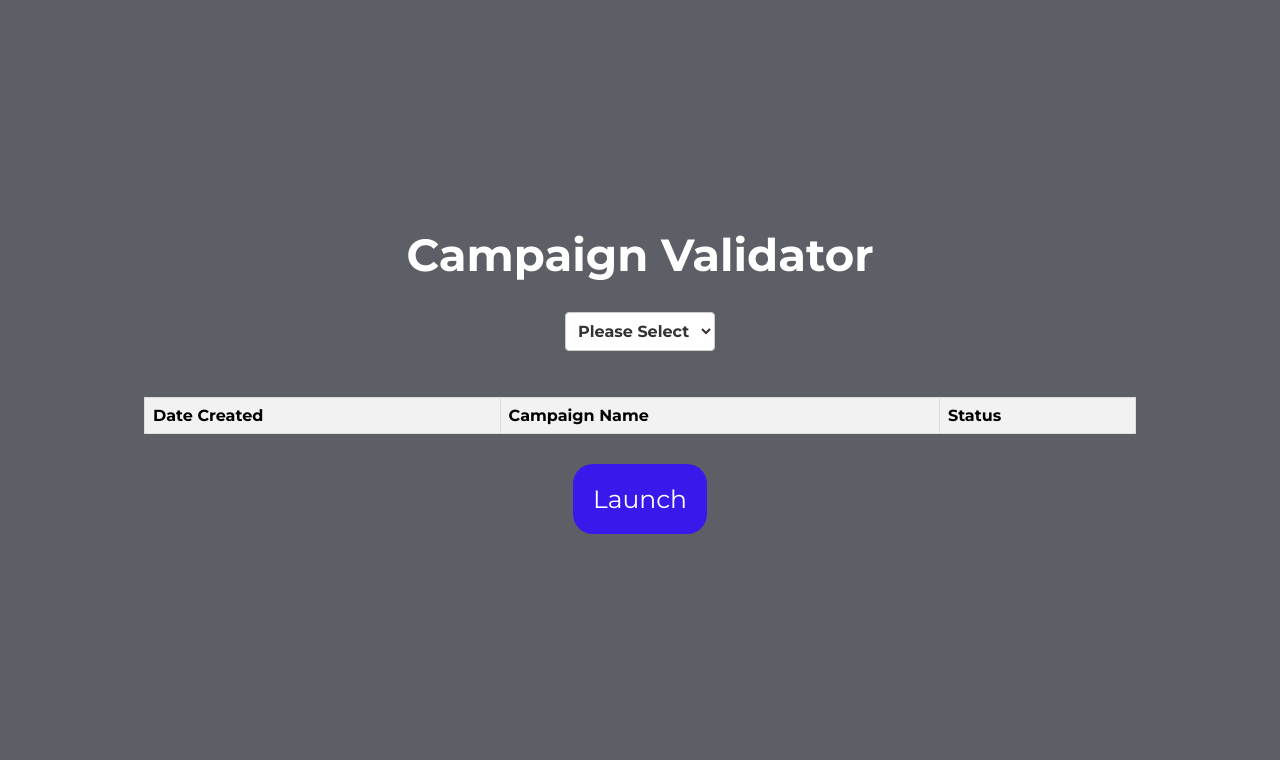
Repository: AbApin/project
Page: / (app in frontend/)
These files come from the project's save history. The page is drawn as it stood at one moment and after the next save; the edit follows.
The browser window is 1280 px wide. The pictures show the whole page.
The page's requests for data from a server got no answer. The project was rebuilt for these pictures with package versions that can differ from the ones it lists, and the page was loaded fresh each time. No one was signed in, and anything a server would have sent is missing. Also part of the build but not shown: frontend/vue.config.js.

Above is the page before, as saved 2023-02-22 11:12:52.

After the next save:
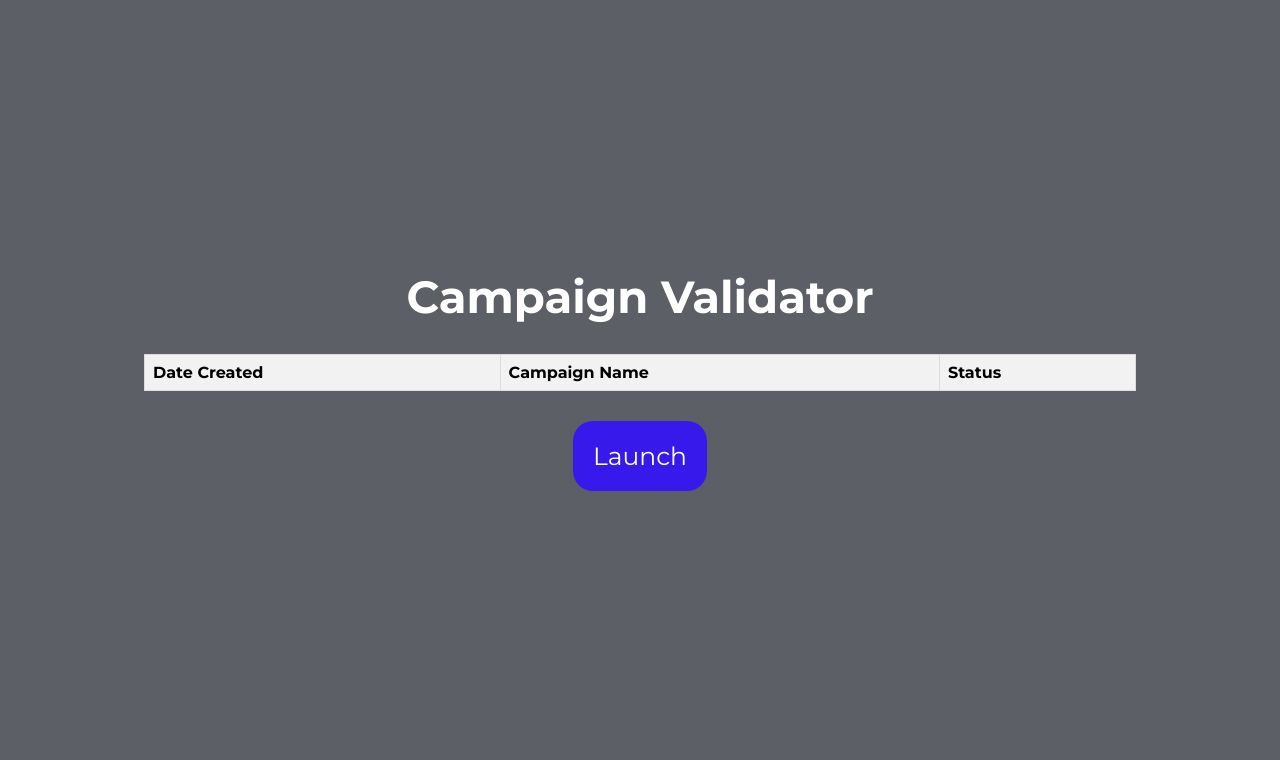
Saved 3 s later.
--- a/frontend/src/App.vue
+++ b/frontend/src/App.vue
@@ -1,17 +1,7 @@
 <template>
   <div id="app">
     <h1 class="appTitle">Campaign Validator</h1>
-    <select class="campaignsList" v-model="selectedCampaign">
-      <option class="campaignOption" disabled value="">Please Select</option>
-      <option
-        class="campaignOption"
-        :value="campaign"
-        v-for="campaign in campaigns"
-        :key="campaign.id"
-      >
-        {{ campaign.name }}
-      </option>
-    </select>
+
     <table>
       <thead>
         <tr>
